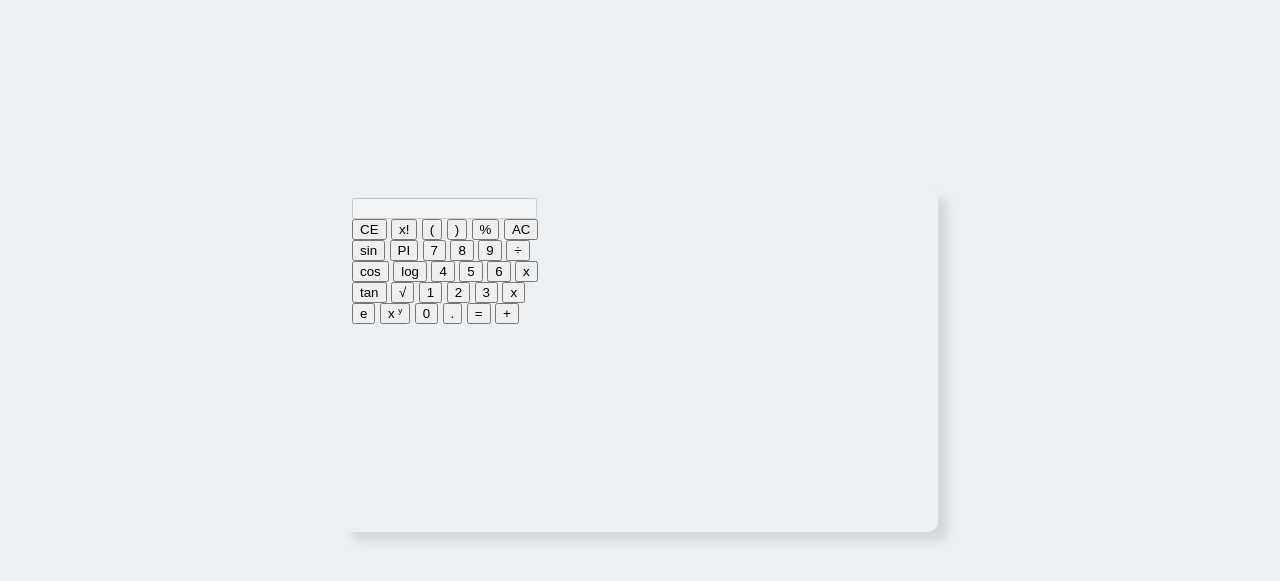
Repository: Haakim19/Scientific-Calculator
Page: intex.html
The author's editor kept a copy of each file at every save. The page is drawn from the files as they stood at one save, then again after the next save.
The browser window is 1280 px wide. The pictures show the whole page.

Above is the page before, as saved 2024-10-27 11:50:29.

After the next save:
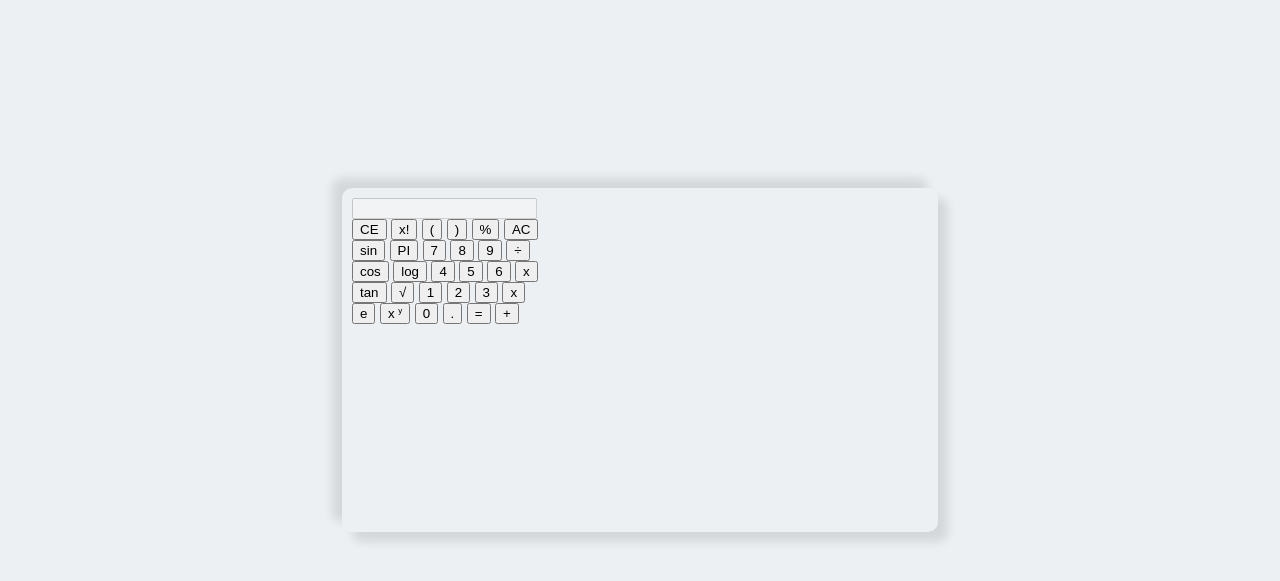
Saved 22 s later.
--- a/Style.css
+++ b/Style.css
@@ -15,7 +15,7 @@ body{
     height: 45vh;
     padding: 10px;
     border-radius: 10px;
-    box-shadow: 10px 10px 10px rgba(0, 0, 0, 0.1);
-        -10px -10px 10px rgba(0, 0, 0, 0.1)
+    box-shadow: 10px 10px 10px rgba(0, 0, 0, 0.1),
+                -10px -10px 10px rgba(0, 0, 0, 0.1);
 
 }
